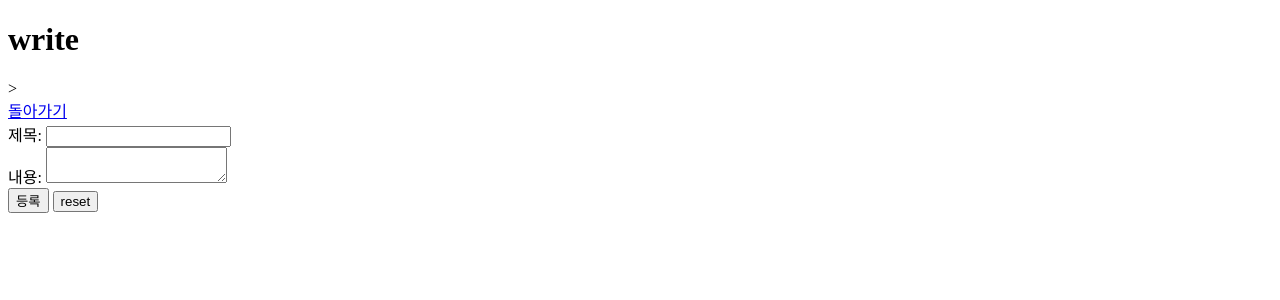
Repository: jennienterry/Board
Page: http://localhost/BoardVer2/write
These files come from the project's save history. The page is drawn as it stood at one moment and after the next save; the edit follows.
The browser window is 1280 px wide. The pictures show the whole page.
The page is served by Tomcat 9. Other server files are loaded and not shown.

Above is the page before, as saved 2021-04-28 01:53:54.

### WebWorkspace/BoardVer2/src/main/webapp/WEB-INF/jsp/write.jsp
<%@ page language="java" contentType="text/html; charset=UTF-8"
    pageEncoding="UTF-8"%>
<!DOCTYPE html>
<html>
<head>
<meta charset="UTF-8">
<title>write</title>
</head>
<body>
	<h1>write</h1>>
	<div><a href="/list">돌아가기</a></div>
	<div>
		<form action="/write" method="post">
			<div>제목: <input type="text" name="title"></div>
			<div>내용: <textarea name="ctnt"></textarea></div>
		<div>
		<input type="submit" value="등록">
		<input type="reset" value="reset">
		</div>
		</form>
</body>
</html>

### WebWorkspace/BoardVer2/src/main/java/com/koreait/board2/BoardWriteServlet.java
package com.koreait.board2;

import java.io.IOException;
import javax.servlet.ServletException;
import javax.servlet.annotation.WebServlet;
import javax.servlet.http.HttpServlet;
import javax.servlet.http.HttpServletRequest;
import javax.servlet.http.HttpServletResponse;

@WebServlet("/write")
public class BoardWriteServlet extends HttpServlet {
	private static final long serialVersionUID = 1L;

	protected void doGet(HttpServletRequest request, HttpServletResponse response) throws ServletException, IOException {
		String jsp = "WEB-INF/jsp/write.jsp";
		request.getRequestDispatcher(jsp).forward(request, response);
	}

	protected void doPost(HttpServletRequest request, HttpServletResponse response) throws ServletException, IOException {
		String no = request.getParameter("no");
		String title = request.getParameter("title");
		String ctnt = request.getParameter("ctnt");

		BoardVO vo = new BoardVO();
		vo.setTitle(title);
		vo.setCtnt(ctnt);
		Database.db.add(vo);

		response.sendRedirect("/list");
	}

}

After the next save:
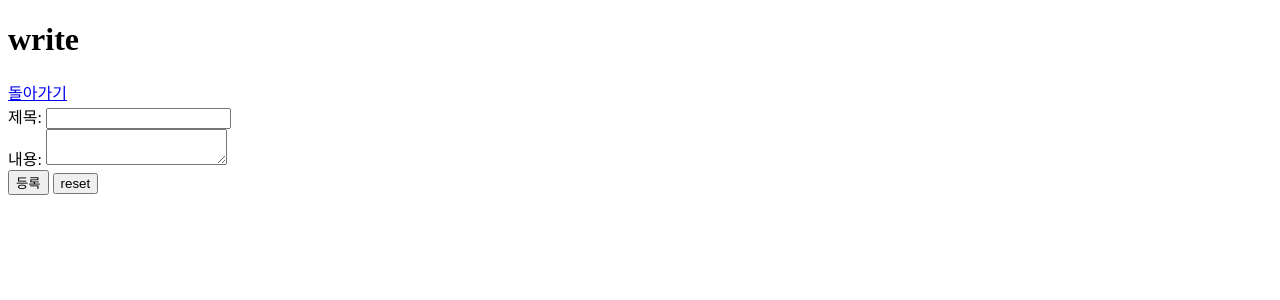
Saved 92 s later.
--- a/WebWorkspace/BoardVer2/src/main/webapp/WEB-INF/jsp/write.jsp
+++ b/WebWorkspace/BoardVer2/src/main/webapp/WEB-INF/jsp/write.jsp
@@ -7,7 +7,7 @@
 <title>write</title>
 </head>
 <body>
-	<h1>write</h1>>
+	<h1>write</h1>
 	<div><a href="/list">돌아가기</a></div>
 	<div>
 		<form action="/write" method="post">
